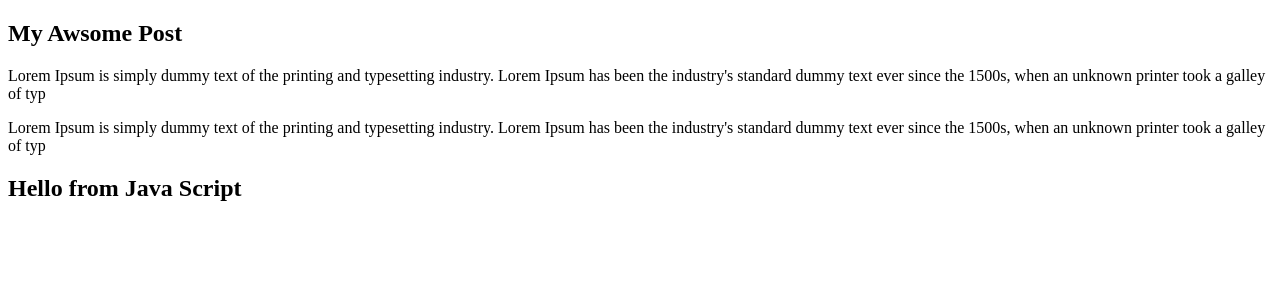
Repository: nema38/30DaysTrainning
Page: 30Days07/index.html
The author's editor kept a copy of each file at every save. The page is drawn from the files as they stood at one save, then again after the next save.
The browser window is 1280 px wide. The pictures show the whole page.
Some web libraries are served in a nearby version.

Above is the page before, as saved 2014-04-16 16:56:51.

### 30Days07/index.html
<!DOCTYPE html>
<html>
	<head>
		<meta charset=utf-8>
		<title>Appending Content</title>

	</head>
	<body>

		<article>
			<h1>My Awsome Post</h1>
			<p>
				Lorem Ipsum is simply dummy text of the printing and typesetting industry. Lorem Ipsum has been the industry's standard dummy text ever since the 1500s, when an unknown printer took a galley of typ
			</p>
			<p>
				Lorem Ipsum is simply dummy text of the printing and typesetting industry. Lorem Ipsum has been the industry's standard dummy text ever since the 1500s, when an unknown printer took a galley of typ
			</p>
		</article>

		<script src="http://ajax.googleapis.com/ajax/libs/jquery/1.11.0/jquery.min.js"></script>

		<script>
			(function() {
				$('<h2></h2>', {
					text: 'Hello from Java Script',
					class: 'myClass'
				}).appendTo('article');
			})();
		</script>

	</body>
</html>

After the next save:
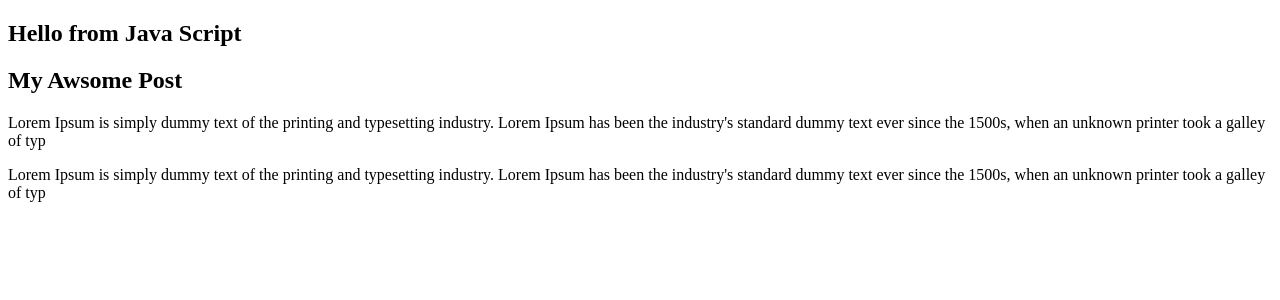
Saved 73 s later.
--- a/30Days07/index.html
+++ b/30Days07/index.html
@@ -24,7 +24,7 @@
 				$('<h2></h2>', {
 					text: 'Hello from Java Script',
 					class: 'myClass'
-				}).appendTo('article');
+				}).prependTo('article');
 			})();
 		</script>
 
